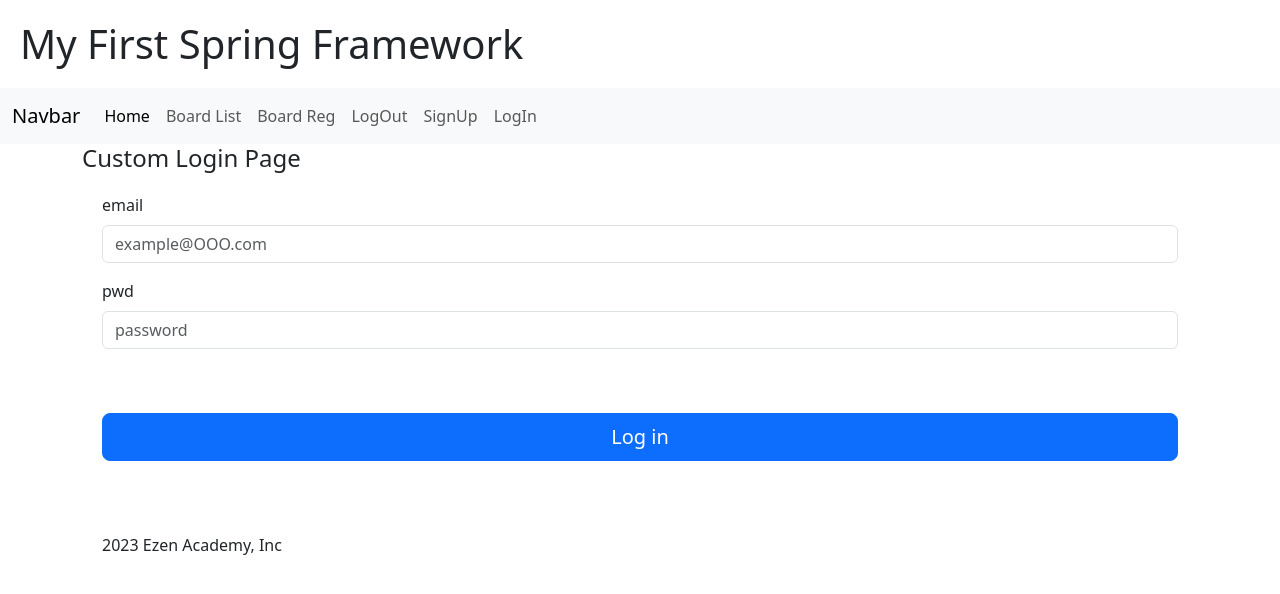
Repository: dhalfks/231101_springSecurity
Page: http://localhost/springProject/WEB-INF/views/member/login.jsp
An editor plug-in stored every save of this project. The page is shown before and after the next save, followed by the edit.
The browser window is 1280 px wide. The pictures show the whole page.
The page is served by Tomcat 9. Nobody is signed in. Other server files are loaded and not shown. The template is opened directly, without the code that normally fills it, so the values that code supplies are empty.

Above is the page before, as saved 2023-10-30 10:30:23.

### _springTest2/springProject/src/main/webapp/WEB-INF/views/member/login.jsp
<%@ page language="java" contentType="text/html; charset=UTF-8"
    pageEncoding="UTF-8"%>
    <%@ taglib prefix="c" uri="http://java.sun.com/jsp/jstl/core" %>
<!DOCTYPE html>
<html>
<head>
<meta charset="UTF-8">
<title>Insert title here</title>
</head>
<body>
<jsp:include page="../common/header.jsp" />
<jsp:include page="../common/nav.jsp" />
<div class="container">
<h4 class="mb-3">Custom Login Page</h4>
<form action="/member/login" method="post">
	<div class="mb-3">
	  <label for="e" class="form-label">email</label>
	  <input type="email" class="form-control" name="email" id="e" placeholder="example@OOO.com">
	</div>
	<div class="mb-3">
	  <label for="p" class="form-label">pwd</label>
	  <input type="password" class="form-control" name="pwd" id="p" placeholder="password">
	</div>

	<c:if test="${not empty param.errMsg }">
		<div class="text-danger mb-3">
			<c:choose>
				<c:when test="${param.errMsg eq 'Bad credentials' }">
					<c:set var="errText" value="이메일 & 비밀번호가 일치하지 않습니다."/>
				</c:when>
				<c:otherwise>
					<c:set var="errText" value="관리자에게 문의해주세요."/>
				</c:otherwise>
			</c:choose>

			${errText }
		</div>
	</c:if>

	<button class="w-100 btn btn-primary btn-lg my-5" type="submit">Log in</button>

</form>
</div>

<jsp:include page="../common/footer.jsp" />
</body>
</html>

### _springTest2/springProject/src/main/webapp/WEB-INF/views/common/header.jsp
<%@ page language="java" contentType="text/html; charset=UTF-8"
    pageEncoding="UTF-8"%>
    <%@ taglib uri="http://java.sun.com/jsp/jstl/core" prefix="c"%>
<!DOCTYPE html>
<html>
<head>
<meta charset="UTF-8">
<title>Insert title here</title>
<link href="https://cdn.jsdelivr.net/npm/bootstrap@5.3.1/dist/css/bootstrap.min.css" rel="stylesheet" integrity="sha384-4bw+/aepP/YC94hEpVNVgiZdgIC5+VKNBQNGCHeKRQN+PtmoHDEXuppvnDJzQIu9" crossorigin="anonymous">
<script src="https://cdn.jsdelivr.net/npm/bootstrap@5.3.1/dist/js/bootstrap.bundle.min.js" integrity="sha384-HwwvtgBNo3bZJJLYd8oVXjrBZt8cqVSpeBNS5n7C8IVInixGAoxmnlMuBnhbgrkm" crossorigin="anonymous"></script>
<style type="text/css">
h1, p, h3, form{
margin: 20px;
}
</style>
</head>

<body>
<h1>My First Spring Framework</h1>

</body>
</html>

### _springTest2/springProject/src/main/webapp/WEB-INF/views/common/nav.jsp
<%@ page language="java" contentType="text/html; charset=UTF-8"
    pageEncoding="UTF-8"%>
<%@ taglib uri="http://java.sun.com/jsp/jstl/core" prefix="c"%>
<%@ taglib uri="http://www.springframework.org/security/tags" prefix="sec" %>
<!DOCTYPE html>
<html>
<head>
<meta charset="UTF-8">
<title>Insert title here</title>
</head>
<body>
<header>
	<nav class="navbar navbar-expand-lg bg-body-tertiary">
  <div class="container-fluid">
    <a class="navbar-brand" href="#">Navbar</a>
    <button class="navbar-toggler" type="button" data-bs-toggle="collapse" data-bs-target="#navbarSupportedContent" aria-controls="navbarSupportedContent" aria-expanded="false" aria-label="Toggle navigation">
      <span class="navbar-toggler-icon"></span>
    </button>
    <div class="collapse navbar-collapse" id="navbarSupportedContent">
      <ul class="navbar-nav me-auto mb-2 mb-lg-0">
        <li class="nav-item">
          <a class="nav-link active" aria-current="page" href="/">Home</a>
        </li>
        <li class="nav-item">
          <a class="nav-link" href="/board/list">Board List</a>
        </li>

        <!-- 로그인 해야 open 되는 메뉴들... -->
        <li class="nav-item">
          <a class="nav-link" href="/board/register">Board Reg</a>
        </li>


        <li class="nav-item">
          <a class="nav-link" href="/member/logout">LogOut</a>
        </li>


        <li class="nav-item">
          <a class="nav-link" href="/member/register">SignUp</a>
        </li>
        <li class="nav-item">
          <a class="nav-link" href="/member/login">LogIn</a>
        </li>
      </ul>

    </div>
  </div>
</nav>
</header>
</body>
</html>

### _springTest2/springProject/src/main/webapp/WEB-INF/views/common/footer.jsp
<%@ page language="java" contentType="text/html; charset=UTF-8"
    pageEncoding="UTF-8"%>
    <%@ taglib uri="http://java.sun.com/jsp/jstl/core" prefix="c"%>
<!DOCTYPE html>
<html>
<head>
<meta charset="UTF-8">
<title>Insert title here</title>
</head>
<body>
<div class="container my-4">
	<p>2023 Ezen Academy, Inc</p>
</div>
</body>
</html>

After the next save:
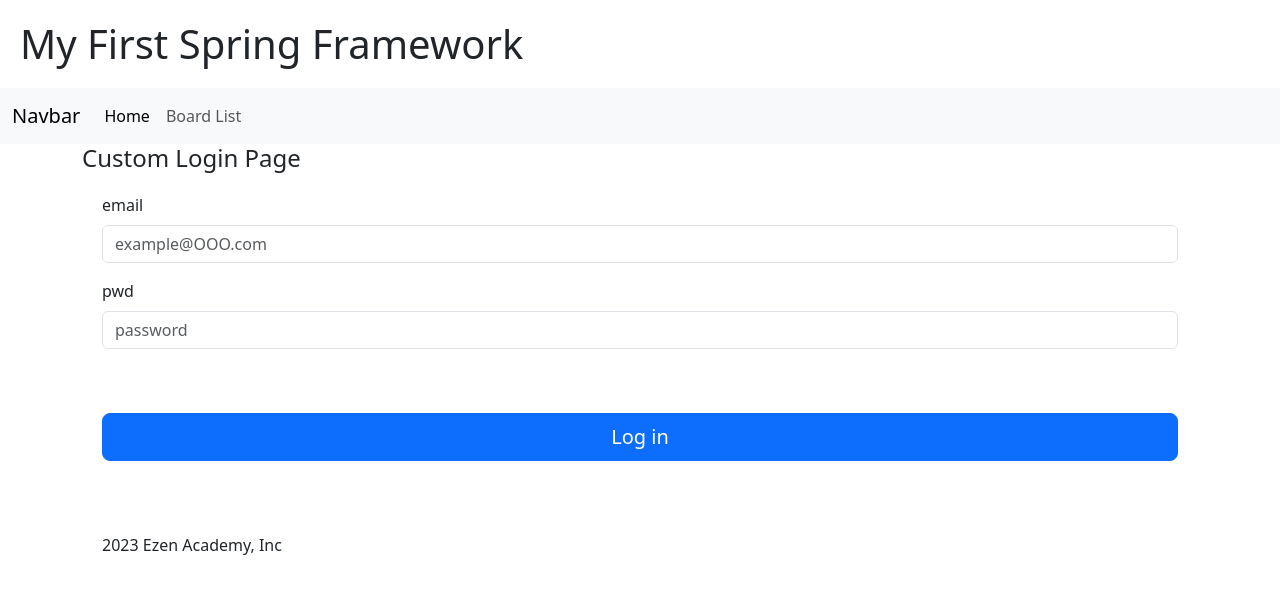
Saved 2 min 29 s later.
--- a/_springTest2/springProject/src/main/webapp/WEB-INF/views/common/nav.jsp
+++ b/_springTest2/springProject/src/main/webapp/WEB-INF/views/common/nav.jsp
@@ -24,6 +24,9 @@
         <li class="nav-item">
           <a class="nav-link" href="/board/list">Board List</a>
         </li>
+        <sec:authorize access="isAuthticated()">
+
+
 
         <!-- 로그인 해야 open 되는 메뉴들... -->
         <li class="nav-item">
@@ -42,6 +45,8 @@
         <li class="nav-item">
           <a class="nav-link" href="/member/login">LogIn</a>
         </li>
+
+        </sec:authorize>
       </ul>
 
     </div>
